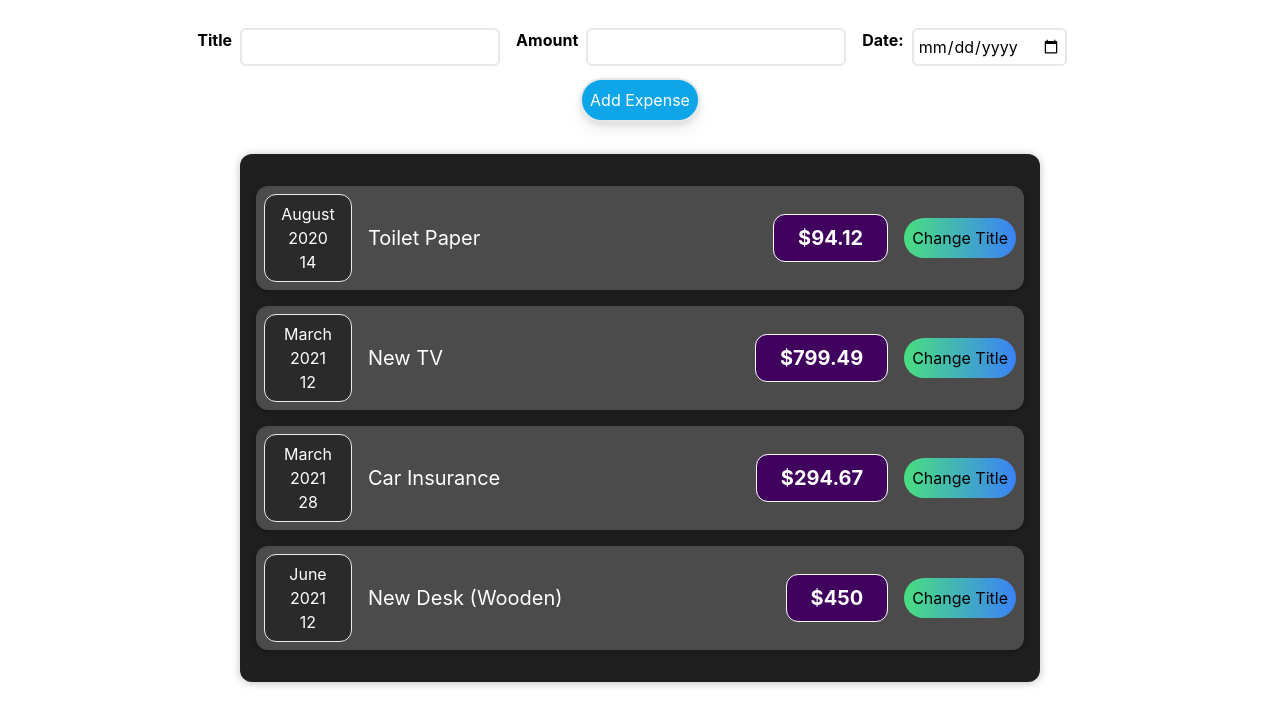
Repository: Sef24/expense-tracker
Page: /
The author's editor kept a copy of each file at every save. The page is drawn from the files as they stood at one save, then again after the next save.
The browser window is 1280 px wide. The pictures show the whole page.
The project was rebuilt for these pictures with package versions that can differ from the ones it lists, and the page was loaded fresh each time. Also part of the build but not shown: src/components/NewExpense/NewExpense.css, src/components/NewExpense/ExpenseForm.css.

Above is the page before, as saved 2022-04-28 11:00:16.

### public/index.html
<!DOCTYPE html>
<html lang="en">
  <head>
    <meta charset="utf-8" />
    <link rel="icon" href="%PUBLIC_URL%/favicon.ico" />
    <meta name="viewport" content="width=device-width, initial-scale=1" />

    <meta
      name="description"
      content="Web site created using create-react-app"
    />
    <link rel="apple-touch-icon" href="%PUBLIC_URL%/logo192.png" />
    <!--
      manifest.json provides metadata used when your web app is installed on a
      user's mobile device or desktop. See https://developers.google.com/web/fundamentals/web-app-manifest/
    -->
    <link rel="manifest" href="%PUBLIC_URL%/manifest.json" />
    <!--
      Notice the use of %PUBLIC_URL% in the tags above.
      It will be replaced with the URL of the `public` folder during the build.
      Only files inside the `public` folder can be referenced from the HTML.

      Unlike "/favicon.ico" or "favicon.ico", "%PUBLIC_URL%/favicon.ico" will
      work correctly both with client-side routing and a non-root public URL.
      Learn how to configure a non-root public URL by running `npm run build`.
    -->
    <title>React App</title>
  </head>
  <body>
    <noscript>You need to enable JavaScript to run this app.</noscript>
    <div id="root"></div>
    <!--
      This HTML file is a template.
      If you open it directly in the browser, you will see an empty page.

      You can add webfonts, meta tags, or analytics to this file.
      The build step will place the bundled scripts into the <body> tag.

      To begin the development, run `npm start` or `yarn start`.
      To create a production bundle, use `npm run build` or `yarn build`.
    -->
  </body>
</html>

### src/App.js
import Expenses from "./components/Expenses";
import NewExpense from "./components/NewExpense/NewExpense";

function App() {
  const expenses = [
    {
      id: "e1",
      title: "Toilet Paper",
      amount: 94.12,
      date: new Date(2020, 7, 14),
    },
    { id: "e2", title: "New TV", amount: 799.49, date: new Date(2021, 2, 12) },
    {
      id: "e3",
      title: "Car Insurance",
      amount: 294.67,
      date: new Date(2021, 2, 28),
    },
    {
      id: "e4",
      title: "New Desk (Wooden)",
      amount: 450,
      date: new Date(2021, 5, 12),
    },
  ];

  const addExpenseHandler = (expense) => {
    console.log("In App.js");
    console.log(expense);
  };
  return (
    <div>
      <NewExpense onAddExpense={addExpenseHandler} />
      <Expenses items={expenses} />
    </div>
  );
}

export default App;

### src/components/Expenses.js
import React from "react";
import ExpenseItem from "./ExpenseItem";
import "./Expenses.css";

function Expenses(props) {
  <h1 className=""> Hello</h1>;
  return (
    <div className="expenses">
      <ExpenseItem
        title={props.items[0].title}
        amount={props.items[0].amount}
        date={props.items[0].date}
      />

      <ExpenseItem
        title={props.items[1].title}
        amount={props.items[1].amount}
        date={props.items[1].date}
      />
      <ExpenseItem
        title={props.items[2].title}
        amount={props.items[2].amount}
        date={props.items[2].date}
      />
      <ExpenseItem
        title={props.items[3].title}
        amount={props.items[3].amount}
        date={props.items[3].date}
      />
    </div>
  );
}

export default Expenses;

### src/components/NewExpense/NewExpense.js
import React from "react";
import "./NewExpense.css";
import ExpenseForm from "./ExpenseForm";

function NewExpense(props) {
  const saveExpenseDataHandler = (enteredExpenseData) => {
    const expenseData = {
      ...enteredExpenseData,
      id: Math.random().toString(),
    };
    console.log(expenseData);
    props.onAddExpense(expenseData);
  };

  return (
    <div>
      <ExpenseForm onSaveExpenseData={saveExpenseDataHandler} />
    </div>
  );
}

export default NewExpense;

### src/components/ExpenseItem.js
import React, { useState } from "react";
import "./ExpenseItem.css";
import ExpenseDate from "./ExpenseDate";

function ExpenseItem(props) {
  const [title, setTitle] = useState(props.title);

  const clickHandler = () => {
    setTitle("Updated");
    console.log(title);
  };

  return (
    <div className="expense-item ">
      <ExpenseDate date={props.date} />

      <div className="expense-item__description">
        <h2>{props.title}</h2>

        <div className="expense-item__price">${props.amount}</div>
      </div>
      <button
        className="p-2 ml-4 border-transparent rounded-full border-0
        bg-gradient-to-r from-green-400 to-blue-500
        hover:from-pink-500 hover:to-yellow-500 ...
        active:opacity-75"
        onClick={clickHandler}
      >
        Change Title
      </button>
    </div>
  );
}

export default ExpenseItem;

### src/components/NewExpense/ExpenseForm.js
import React, { useState } from "react";
import "./ExpenseForm.css";

function ExpenseForm(props) {
  const [titleHandler, setTitleHandler] = useState("");
  const [amountHandler, setAmountHandler] = useState("");
  const [dateHandler, setDateHandler] = useState("");

  const handleTitleChange = (event) => {
    setTitleHandler(event.target.value);
  };

  const handleAmountChange = (event) => {
    setAmountHandler(event.target.value);
  };

  const handleDateChange = (event) => {
    setDateHandler(event.target.value);
  };

  const handleSubmit = (event) => {
    event.preventDefault();

    const expenseData = {
      title: titleHandler,
      amount: amountHandler,
      date: new Date(dateHandler),
    };
    props.onSaveExpenseData(expenseData);
    setTitleHandler("");
    setAmountHandler("");
    setDateHandler("");
  };

  return (
    <form onSubmit={handleSubmit}>
      <div className="flex justify-center pt-4 m-3">
        <div className="font-bold">Title</div>
        <input
          className="border-2 mr-4 ml-2 rounded-md p-1"
          type="text"
          onChange={handleTitleChange}
          value={titleHandler}
        />

        <div className="font-bold">Amount</div>
        <input
          className="border-2 mr-4 ml-2 rounded-md p-1"
          type="number"
          min="0.01"
          step="0.01"
          onChange={handleAmountChange}
          value={amountHandler}
        />

        <div className="font-bold">Date:</div>
        <input
          className="border-2 mr-4 ml-2 rounded-md p-1"
          type="date"
          onChange={handleDateChange}
          value={dateHandler}
        />
      </div>
      <div className="flex justify-center">
        <button
          type="submit"
          className="border-2 p-2 rounded-full bg-sky-500 text-white
          hover:bg-sky-600 transition delay-150 duration-300 ease-in-out ...
           focus:outline-none drop-shadow-lg"
        >
          Add Expense
        </button>
      </div>
    </form>
  );
}

export default ExpenseForm;

### src/components/ExpenseItem.css
.expense-item {
  display: flex;
  justify-content: space-between;
  align-items: center;
  box-shadow: 0 2px 8px rgba(0, 0, 0, 0.25);
  padding: 0.5rem;
  margin: 1rem 0;
  border-radius: 12px;
  background-color: #4b4b4b;
}

.expense-item__description {
  display: flex;
  flex-direction: column;
  gap: 1rem;
  align-items: flex-end;
  flex-flow: column-reverse;
  justify-content: flex-start;
  flex: 1;
}

.expense-item h2 {
  color: #3a3a3a;
  font-size: 1rem;
  flex: 1;
  margin: 0 1rem;
  color: white;
}

.expense-item__price {
  font-size: 1rem;
  font-weight: bold;
  color: white;
  background-color: #40005d;
  border: 1px solid white;
  padding: 0.5rem;
  border-radius: 12px;
}

@media (min-width: 580px) {
  .expense-item__description {
    flex-direction: row;
    align-items: center;
    justify-content: flex-start;
    flex: 1;
  }

  .expense-item__description h2 {
    font-size: 1.25rem;
  }

  .expense-item__price {
    font-size: 1.25rem;
    padding: 0.5rem 1.5rem;
  }
}

### src/components/ExpenseDate.js
import React from "react";
import "./ExpenseDate.css";

function ExpenseDate(props) {
  const month = props.date.toLocaleString("en-US", { month: "long" });
  const day = props.date.getDate();
  const year = props.date.getFullYear();

  return (
    <div className="expense-date">
      <div className="expense__month">{month}</div>
      <div className="expense__year">{year}</div>
      <div className="expense__day">{day}</div>
    </div>
  );
}

export default ExpenseDate;

Loaded but not shown: src/index.js (common file); src/index.css (common file); src/components/Expenses.css (common file); src/components/ExpenseDate.css (common file); tailwind.config.js (common file)

After the next save:
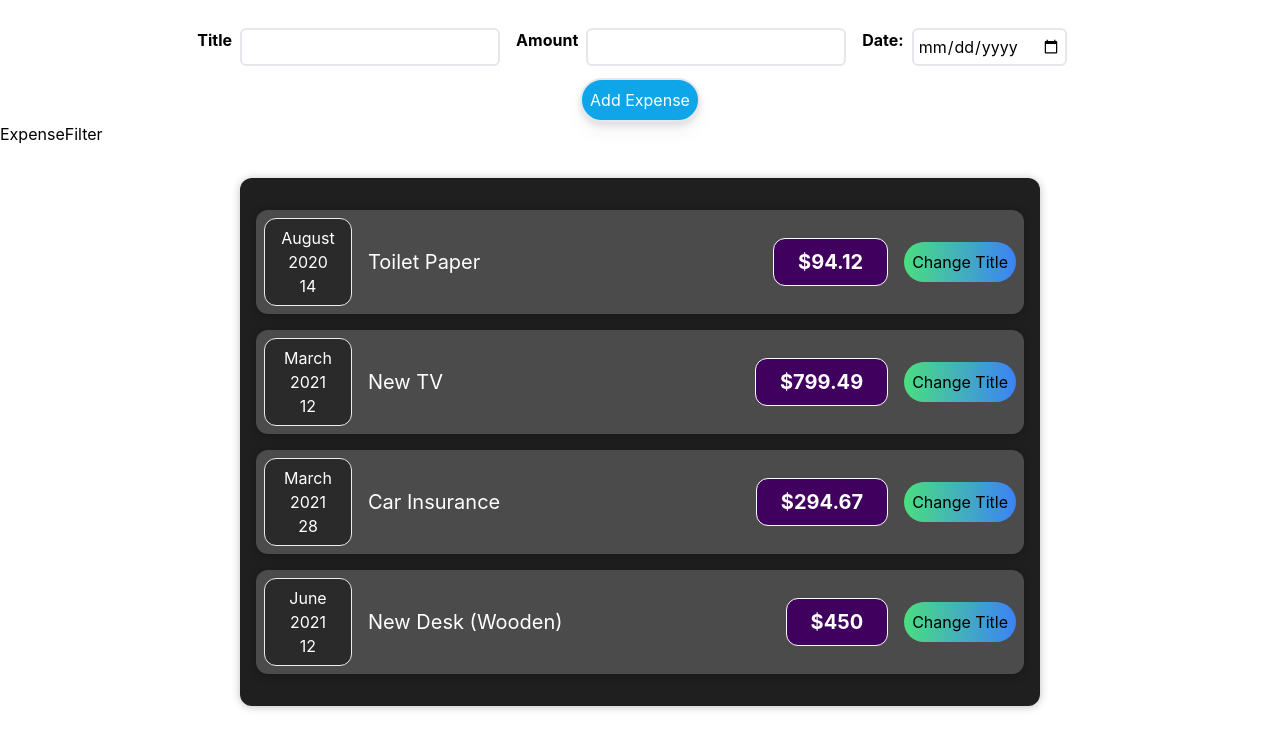
Saved 2 min 45 s later.
--- a/src/components/Expenses.js
+++ b/src/components/Expenses.js
@@ -5,28 +5,31 @@ import "./Expenses.css";
 function Expenses(props) {
   <h1 className=""> Hello</h1>;
   return (
-    <div className="expenses">
-      <ExpenseItem
-        title={props.items[0].title}
-        amount={props.items[0].amount}
-        date={props.items[0].date}
-      />
+    <div>
+      ExpenseFilter
+      <div className="expenses">
+        <ExpenseItem
+          title={props.items[0].title}
+          amount={props.items[0].amount}
+          date={props.items[0].date}
+        />
 
-      <ExpenseItem
-        title={props.items[1].title}
-        amount={props.items[1].amount}
-        date={props.items[1].date}
-      />
-      <ExpenseItem
-        title={props.items[2].title}
-        amount={props.items[2].amount}
-        date={props.items[2].date}
-      />
-      <ExpenseItem
-        title={props.items[3].title}
-        amount={props.items[3].amount}
-        date={props.items[3].date}
-      />
+        <ExpenseItem
+          title={props.items[1].title}
+          amount={props.items[1].amount}
+          date={props.items[1].date}
+        />
+        <ExpenseItem
+          title={props.items[2].title}
+          amount={props.items[2].amount}
+          date={props.items[2].date}
+        />
+        <ExpenseItem
+          title={props.items[3].title}
+          amount={props.items[3].amount}
+          date={props.items[3].date}
+        />
+      </div>
     </div>
   );
 }
